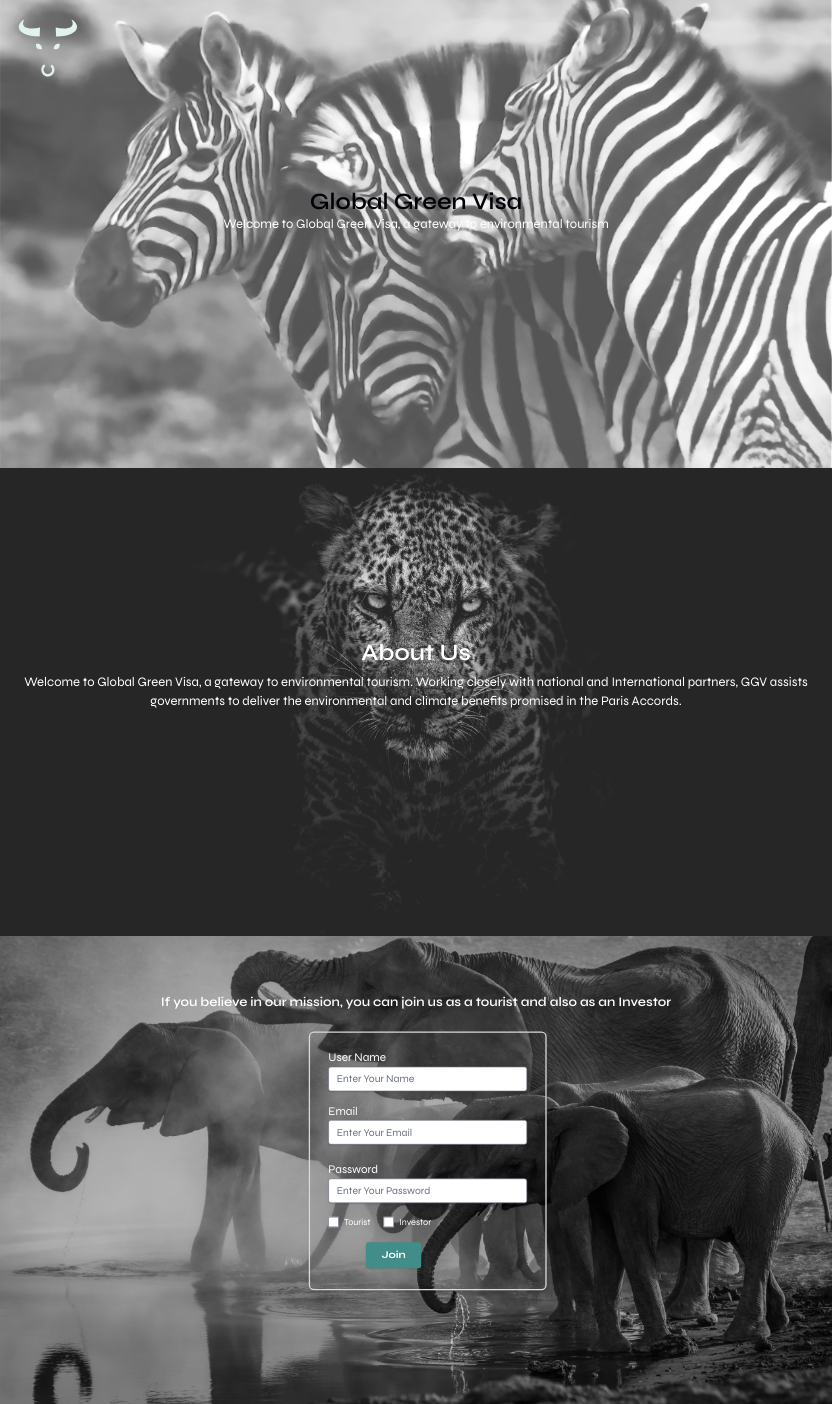
Repository: BrightonMboya/ggv-landingPage
Page: /
The author's editor kept a copy of each file at every save. The page is drawn from the files as they stood at one save, then again after the next save.
The browser window is 1280 px wide. The pictures show the whole page, at 65% of full size.
The project was rebuilt for these pictures with package versions that can differ from the ones it lists, and the page was loaded fresh each time. The framework's server and built-in components were replaced by stand-ins that run in the browser. Also part of the build but not shown: next.config.js.

Above is the page before, as saved 2022-06-14 14:44:41.

### pages/index.js
import React from "react";
import styles from "../styles/Home.module.css";
import HomePage from "./HomePage";
import AboutUs from "./AboutUs";
import Contactus from "./Contactus";

// const index = () => {
//   return (
//     <React.Fragment>
//       <div className={`${styles.global} ${styles.container}`}>
//         <section className={`${styles.section}`}>
//           <HomePage />
//         </section>
//         <section className={`${styles.section}`}>
//           <AboutUs />
//         </section>
//         <section className={`${styles.section} ${styles.three}`}>
//           <Contactus />
//         </section>
//       </div>
//     </React.Fragment>
//   );
// };

const index = () => {
  return (
    <React.Fragment>
      {/* <div className={styles.global}>
        <div className={styles.container}>
          <section className={`${styles.section}`}>
            <HomePage />
          </section>
          <section className={`${styles.section} ${styles.two}`}>
            <AboutUs />
          </section>
          <section className={styles.section}>
            <Contactus />
          </section>
        </div>
      </div> */}

      <HomePage />
      <AboutUs />
      <Contactus />
    </React.Fragment>
  );
};

export default index;

### styles/globals.css
@tailwind base;
@tailwind components;
@tailwind utilities;

@layer base {
  html {
    font-family: Syne;
  }
}

### styles/Home.module.css
.global {
  margin: 0;
  padding: 0;
  box-sizing: border-box;
  font-family: "Syne";
  /* border: 2px solid yellow; */
}
.section {
  /* height: 100vh; */
  display: flex;
  justify-content: center;
  align-items: center;
  scroll-snap-align: start;
}

.container {
  scroll-snap-type: y mandatory;
  overflow-y: scroll;
  height: 100vh;
}

.bgWrap {
  position: fixed;
  /* height: 100vh; */
  /* min-height: 80vh; */
  width: 100vw;
  overflow: hidden;
  z-index: -1;
  height: 100vh;
}

.bg {
  /* max-width: 100%; */
  position: relative;
  /* opacity: 0.1; */
  background: linear-gradient(
    to bottom-right,
    rgba(0, 1, 7, 0.7),
    rgb(78, 77, 77, 0.7)
  );
  /* border: 2px solid red; */
  /* height: 100vh; */
}

.content {
  /* display: inline-block; */
  position: absolute;
  left: 50%;
  top: 45%;
  width: 100%;
  transform: translate(-50%, -50%);
}

@media (max-width: 480px) {
  .content p {
    margin: 0 auto;
    max-width: 400px;
  }
}

.two {
  background: rgb(211, 79, 79);
  background: linear-gradient(
      to bottom right,
      rgba(0, 1, 7, 0.7),
      rgb(78, 77, 77, 0.7)
    ),
    url("../public/about.jpg");
  background-size: cover;
  background-repeat: no-repeat;
  background-position: center;
  font-size: 45px;
  line-height: 65px;
  text-align: center;
  color: #ffffff;
}

### pages/HomePage.js
import React from "react";
import Head from "next/head";
import styles from "../styles/Home.module.css";
import Image from "next/image";

const HomePage = () => {
  return (
    <div className="">
      <Head>
        <title>Welcome to GGV</title>
        <meta
          name="description"
          content="Your Gateway to environmental tourism"
        />
        <style>
          @import
          url('https://fonts.googleapis.com/css2?family=Poppins:wght@400;500;600&family=Syne:wght@400;500;600;700&display=swap');
        </style>
      </Head>
      <div className={`${styles.bgWrap} ${styles.bg}`}>
        <Image
          src="/home.jpg"
          layout="fill"
          objectFit="cover"
          quality={100}
          style={{ opacity: 0.7 }}
        />
        <div className="w-[100px] h-[100px] relative mt-6 ml-6 ">
          <Image src="/logo.svg" layout="fill" objectFit="contain" />
        </div>
        <div className={styles.content}>
          <h2 className="text-black lg:text-4xl text-center text-7xl font-semibold">
            Global Green Visa
          </h2>
          <p className="text-white lg:text-xl text-center text-2xl">
            Welcome to Global Green Visa, a gateway to environmental tourism
          </p>
        </div>
      </div>
    </div>
  );
};
export default HomePage;

### pages/AboutUs.js
import Image from "next/image";
import styles from "../styles/Home.module.css";
import Head from "next/head";

const AboutUs = () => {
  return (
    <div className={styles.global}>
      <Head>
        <title>Welcome to GGV</title>
        <meta
          name="description"
          content="Your Gateway to environmental tourism"
        />
        <style>
          @import
          url('https://fonts.googleapis.com/css2?family=Poppins:wght@400;500;600&family=Syne:wght@400;500;600;700&display=swap');
        </style>
      </Head>
      <div className={`${styles.bgWrap} ${styles.bg}`}>
        <Image
          src="/about.jpg"
          layout="fill"
          objectFit="cover"
          quality={100}
          style={{ opacity: 0.85 }}
        />
        <div className={styles.content}>
          <h2 className="text-white lg:text-4xl text-center text-4xl font-semibold">
            About Us
          </h2>
          <p className="text-white lg:text-xl text-center text-xl leading-loose py-3">
            Welcome to Global Green Visa, a gateway to environmental tourism.
            Working closely with national and International partners, GGV
            assists governments to deliver the environmental and climate
            benefits promised in the Paris Accords.
          </p>
        </div>
      </div>
    </div>
  );
};
export default AboutUs;

### pages/Contactus.js
import React from "react";
import Image from "next/image";
import styles from "../styles/Home.module.css";
import { useState } from "react";
import Head from "next/head";

const Contactus = () => {
  const [enteredName, setEnteredName] = useState("");
  const [enteredPassword, setEnteredPassword] = useState("");
  const [enteredMessage, setEnteredMessage] = useState("");

  const nameChangeHandler = (event) => {
    setEnteredName(event.target.value);
  };

  const passwordChangeHandler = (event) => {
    setEnteredPassword(event.target.value);
  };

  const messageChangeHandler = (event) => {
    setEnteredMessage(event.target.value);
  };

  const submitHandler = (event) => {
    event.preventDefault();
  };
  return (
    <div className="">
      <Head>
        <title>Welcome to GGV</title>
        <meta name="description" content="Join Our Family" />
        <style>
          @import
          url('https://fonts.googleapis.com/css2?family=Poppins:wght@400;500;600&family=Syne:wght@400;500;600;700&display=swap');
        </style>
      </Head>
      <div className={`${styles.bgWrap} ${styles.bg}`}>
        <Image
          src="/contact.jpg"
          layout="fill"
          objectFit="cover"
          quality={100}
        />
        <div className="flex items-center justify-center text-white">
          <div className={styles.content}>
            <h3 className="text-xl font-semibold md:text-xl text-center px-5">
              If you believe in our mission, you can join us as a tourist and
              also as an Investor
            </h3>
            <div className="max-w-xs md:max-w-3xl lg:max-w-full ml-[5vh] mt-8 flex items-center justify-center">
              <form
                onSubmit={submitHandler}
                className="shadow-md rounded-lg px-7 pt-6 pb-8 mb-4 border-gray border-2"
              >
                <div className="mb-4">
                  <label className="text-lg">User Name</label>
                  <input
                    type="text"
                    value={enteredName}
                    onChange={nameChangeHandler}
                    placeholder="Enter Your Name"
                    className="shadow appearance-none border rounded w-full py-2 px-3 text-gray-700 leading-tight focus:outline-none focus:shadow-outline"
                  />
                </div>
                <div className="mb-6">
                  <label className="text-lg">Email</label>
                  <input
                    type="email"
                    className="shadow appearance-none border rounded w-full py-2 px-3 text-gray-700 leading-tight focus:outline-none focus:shadow-outline"
                    onChange={passwordChangeHandler}
                    placeholder="Enter Your Email"
                    value={enteredPassword}
                  />
                </div>

                <div>
                  <label className="text-lg">Password</label>
                  <input
                    type="text"
                    className="shadow appearance-none border rounded w-full py-2 px-3 text-gray-700 leading-tight focus:outline-none focus:shadow-outline"
                    placeholder="Enter Your Password"
                    value={enteredMessage}
                    onChange={messageChangeHandler}
                  />
                </div>
                <div className="flex items-center mt-4">
                  <div>
                    <input type="checkbox" className="mr-2 leading-tight" />
                    <span className="text-sm text-center">Tourist</span>
                  </div>
                  <div className="ml-5">
                    <input type="checkbox" className="mr-2 leading-tight" />
                    <span className="text-sm text-center">Investor</span>
                  </div>
                </div>

                <div className="mt-5 ml-[8vh]">
                  <button className="shadow bg-green focus:shadow-outline focus:outline-none text-white font-bold py-2 px-6 rounded">
                    Join
                  </button>
                </div>
              </form>
            </div>
          </div>
        </div>
      </div>
    </div>
  );
};

export default Contactus;

### tailwind.config.js
module.exports = {
  content: [
    "./pages/**/*.{js,ts,jsx,tsx}",
    "./components/**/*.{js,ts,jsx,tsx}"
  ],
  theme: {
    extend: {
      colors: {
        black: "#000107",
        slate: "#E3F1EF",
        green: "#418D89",
        gray: "#D9D9D9"
      },
      fontFamily: {
        Syne: ["Syne", "sans-serif"]
      }
    }
  },
  plugins: [require("@tailwindcss/forms")]
};

Loaded but not shown: pages/_app.js (common file)

After the next save:
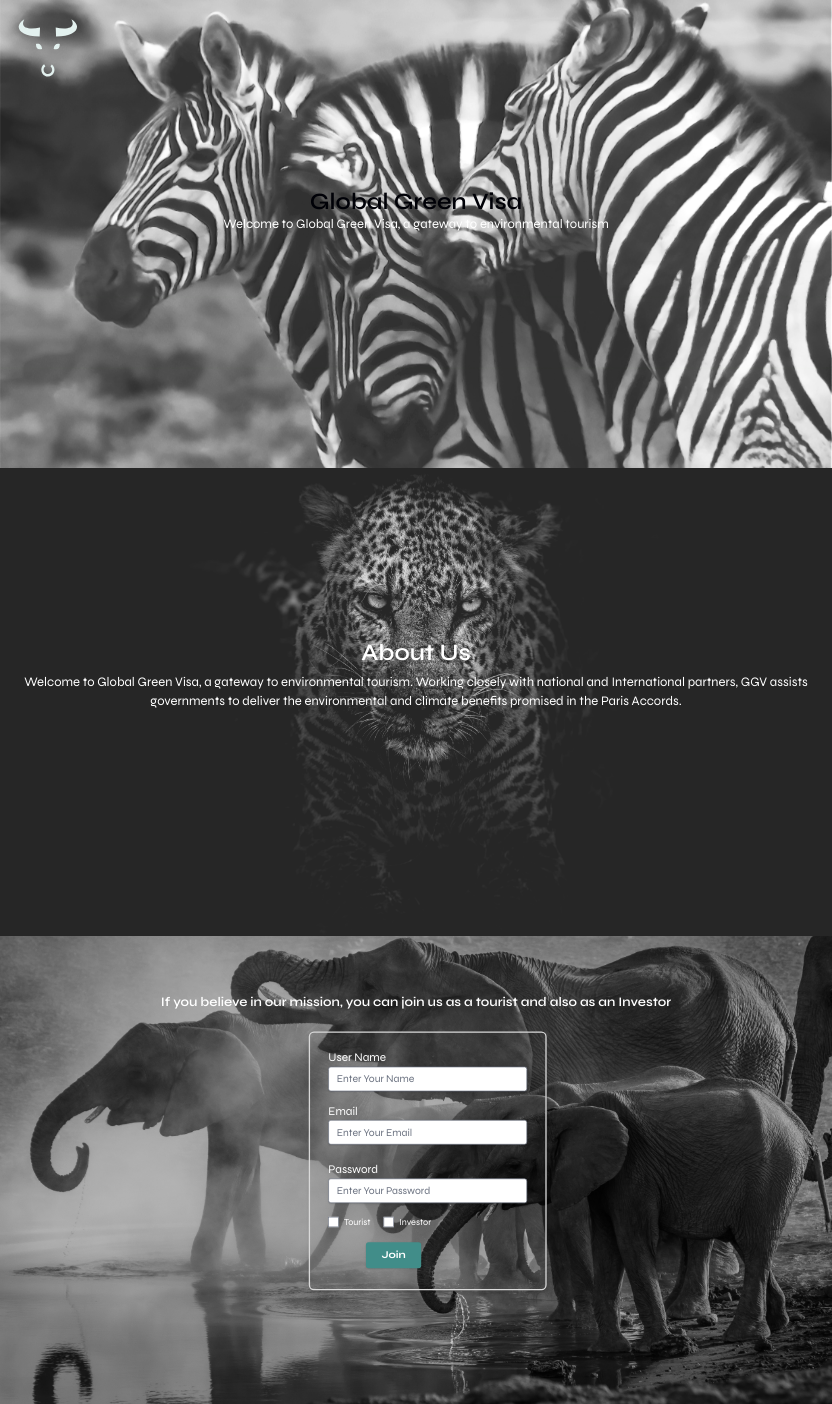
Saved 16 s later.
--- a/pages/HomePage.js
+++ b/pages/HomePage.js
@@ -23,7 +23,7 @@ const HomePage = () => {
           layout="fill"
           objectFit="cover"
           quality={100}
-          style={{ opacity: 0.7 }}
+          style={{ opacity: 0.85 }}
         />
         <div className="w-[100px] h-[100px] relative mt-6 ml-6 ">
           <Image src="/logo.svg" layout="fill" objectFit="contain" />
